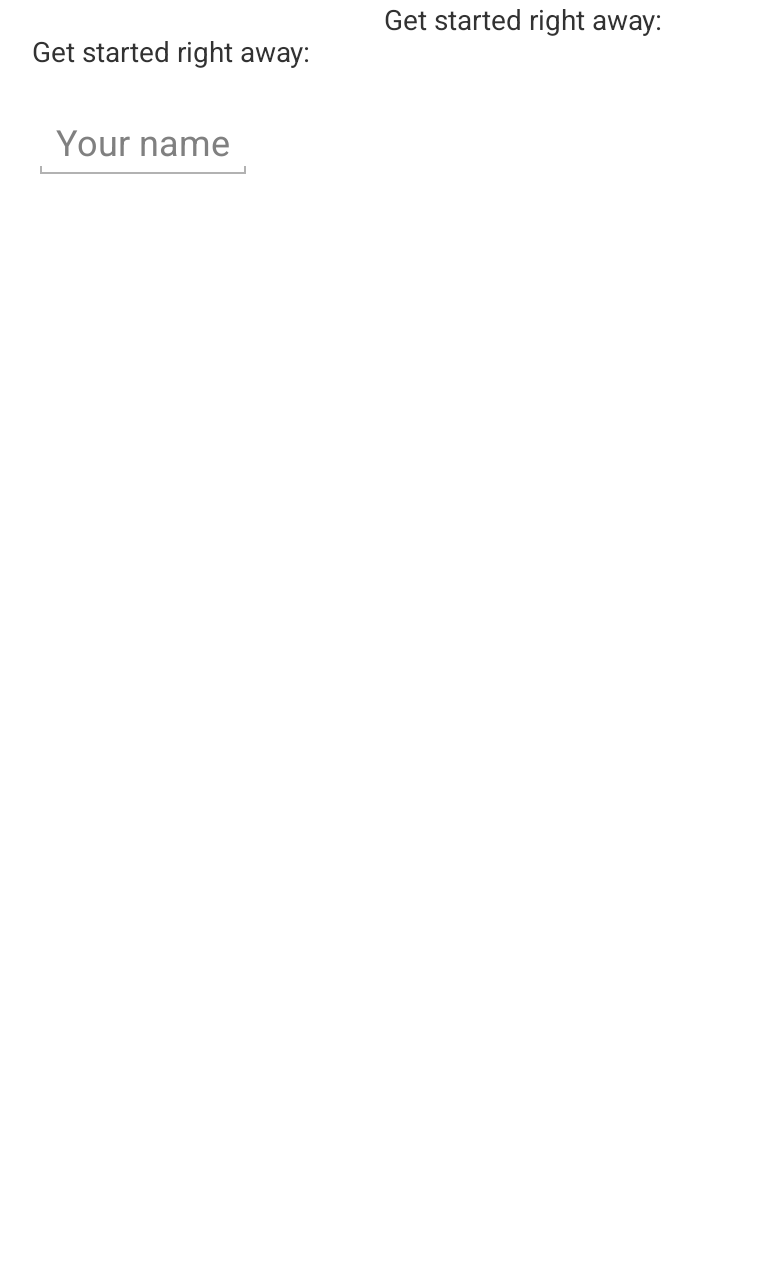
Repository: Raytray/WTFIIMC
Layout: Android/WTFIIMC/res/layout/activity_main.xml
An editor plug-in stored every save of this project. The layout is shown before and after the next save, followed by the edit.
It is drawn on a 768 x 1280 px phone screen (xhdpi) without system bars, with theme AppTheme; the app's code is not run.

Above is the layout before, as saved 2013-10-28 02:07:50.

### Android/WTFIIMC/res/layout/activity_main.xml
<TableLayout xmlns:android="http://schemas.android.com/apk/res/android"
			    xmlns:tools="http://schemas.android.com/tools"
    android:layout_width="fill_parent"
    android:layout_height="fill_parent"
    android:stretchColumns="1" >
    <TableRow>
        <FrameLayout
                android:layout_height="wrap_content"
                android:layout_width="0dp"
                android:layout_weight="1">
	    	<LinearLayout
			    android:layout_width="match_parent"
			    android:layout_height="match_parent"
			    android:paddingBottom="@dimen/activity_vertical_margin"
			    android:paddingLeft="@dimen/activity_horizontal_margin"
			    android:paddingRight="@dimen/activity_horizontal_margin"
			    android:paddingTop="@dimen/activity_vertical_margin"
			    android:orientation="vertical"
			    tools:context=".MainActivity" >

			    <TextView
			        android:layout_width="wrap_content"
			        android:layout_height="wrap_content"
			        android:text="@string/hello_world" />
				<EditText android:id="@+id/event_name"
			        android:layout_width="wrap_content"
			        android:layout_height="wrap_content"
			        android:hint="@string/prompt_event_name"
			        android:hint="@string/prompt_owner_name"/>


			</LinearLayout>
		</FrameLayout>
		<FrameLayout
                android:layout_height="wrap_content"
                android:layout_width="0dp"
                android:layout_weight="1">
	    	<TextView
			        android:layout_width="wrap_content"
			        android:layout_height="wrap_content"
			        android:text="@string/hello_world" />
	    </FrameLayout>

    </TableRow>

</TableLayout>

### Android/WTFIIMC/res/values/strings.xml
<?xml version="1.0" encoding="utf-8"?>
<resources>

    <string name="app_name">WTFIIMC</string>
    <string name="action_settings">Settings</string>
    <string name="hello_world">Get started right away:\n</string>

    <string name="prompt_event_name">Event name</string>
    <string name="prompt_owner_name">Your name</string>
    <string name="button_send">Send</string>
    <string name="title_activity_main">MainActivity</string>
</resources>

Loaded but not shown: Android/WTFIIMC/res/values/styles.xml (common file); Android/WTFIIMC/res/values-v11/styles.xml (common file); Android/WTFIIMC/res/values-v14/styles.xml (common file); Android/WTFIIMC/res/values/dimens.xml (common file)

After the next save:
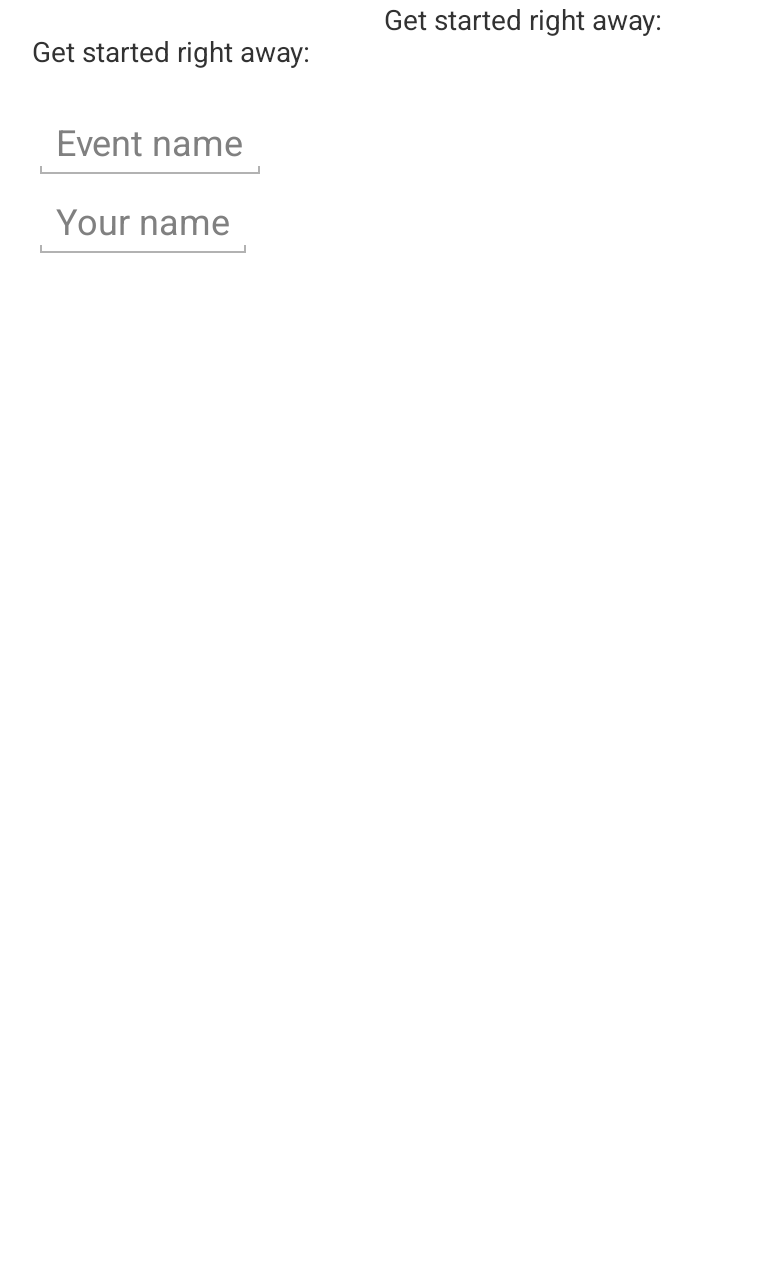
Saved 37 s later.
--- a/Android/WTFIIMC/res/layout/activity_main.xml
+++ b/Android/WTFIIMC/res/layout/activity_main.xml
@@ -25,9 +25,11 @@
 				<EditText android:id="@+id/event_name"
 			        android:layout_width="wrap_content"
 			        android:layout_height="wrap_content"
-			        android:hint="@string/prompt_event_name"
-			        android:hint="@string/prompt_owner_name"/>
-
+			        android:hint="@string/prompt_event_name" />
+				<EditText android:id="@+id/owner_name"
+			        android:layout_width="wrap_content"
+			        android:layout_height="wrap_content"
+			        android:hint="@string/prompt_owner_name" />
 
 			</LinearLayout>
 		</FrameLayout>
